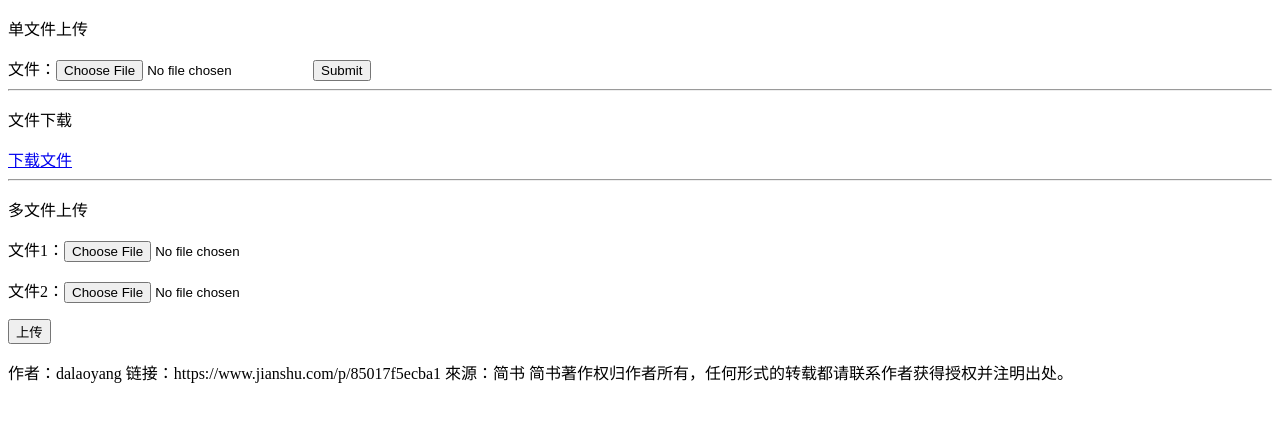
Repository: haoxiaoxi/blog
Page: ph-security-demo/src/main/resources/resources/file.html
The author's editor kept a copy of each file at every save. The page is drawn from the files as they stood at one save, then again after a run of saves.
The browser window is 1280 px wide. The pictures show the whole page.

Above is the page before, as saved 2019-01-18 07:40:30.

### ph-security-demo/src/main/resources/resources/file.html
<!DOCTYPE html>
<html lang="en">
<head>
    <meta charset="UTF-8">
    <title>Title</title>
</head>
<body>
<p>单文件上传</p>
<form action="upload" method="POST" enctype="multipart/form-data">
    文件：<input type="file" name="file"/>
    <input type="submit"/>
</form>
<hr/>
<p>文件下载</p>
<a href="download">下载文件</a>
<hr/>
<p>多文件上传</p>
<form method="POST" enctype="multipart/form-data" action="batch">
    <p>文件1：<input type="file" name="file"/></p>
    <p>文件2：<input type="file" name="file"/></p>
    <p><input type="submit" value="上传"/></p>
</form>
</body>
</html>

作者：dalaoyang
链接：https://www.jianshu.com/p/85017f5ecba1
來源：简书
简书著作权归作者所有，任何形式的转载都请联系作者获得授权并注明出处。

After the next 2 saves:
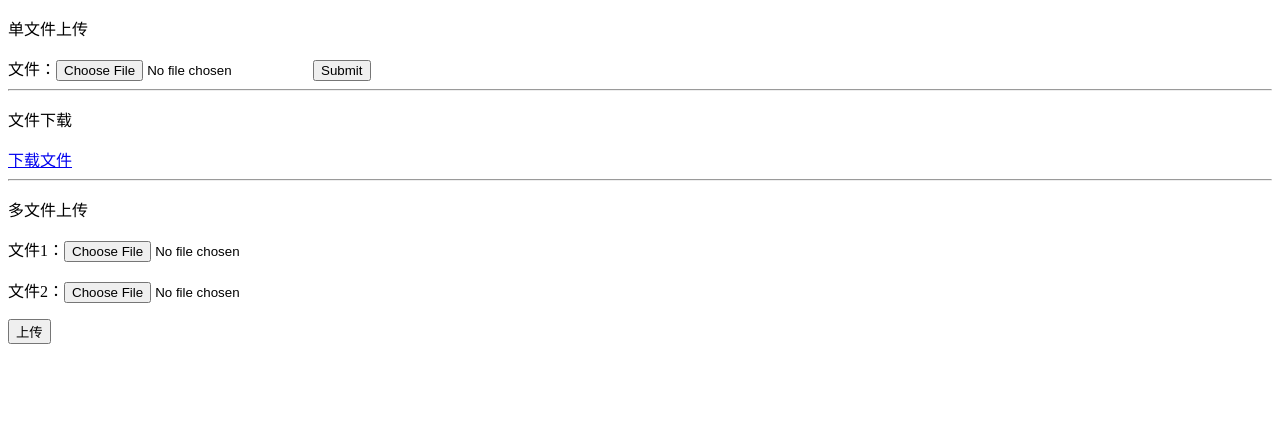
The 2 saves are shown as one change because they came seconds apart.
The last was saved 6 s later.
--- a/ph-security-demo/src/main/resources/resources/file.html
+++ b/ph-security-demo/src/main/resources/resources/file.html
@@ -22,8 +22,3 @@
 </form>
 </body>
 </html>
-
-作者：dalaoyang
-链接：https://www.jianshu.com/p/85017f5ecba1
-來源：简书
-简书著作权归作者所有，任何形式的转载都请联系作者获得授权并注明出处。
